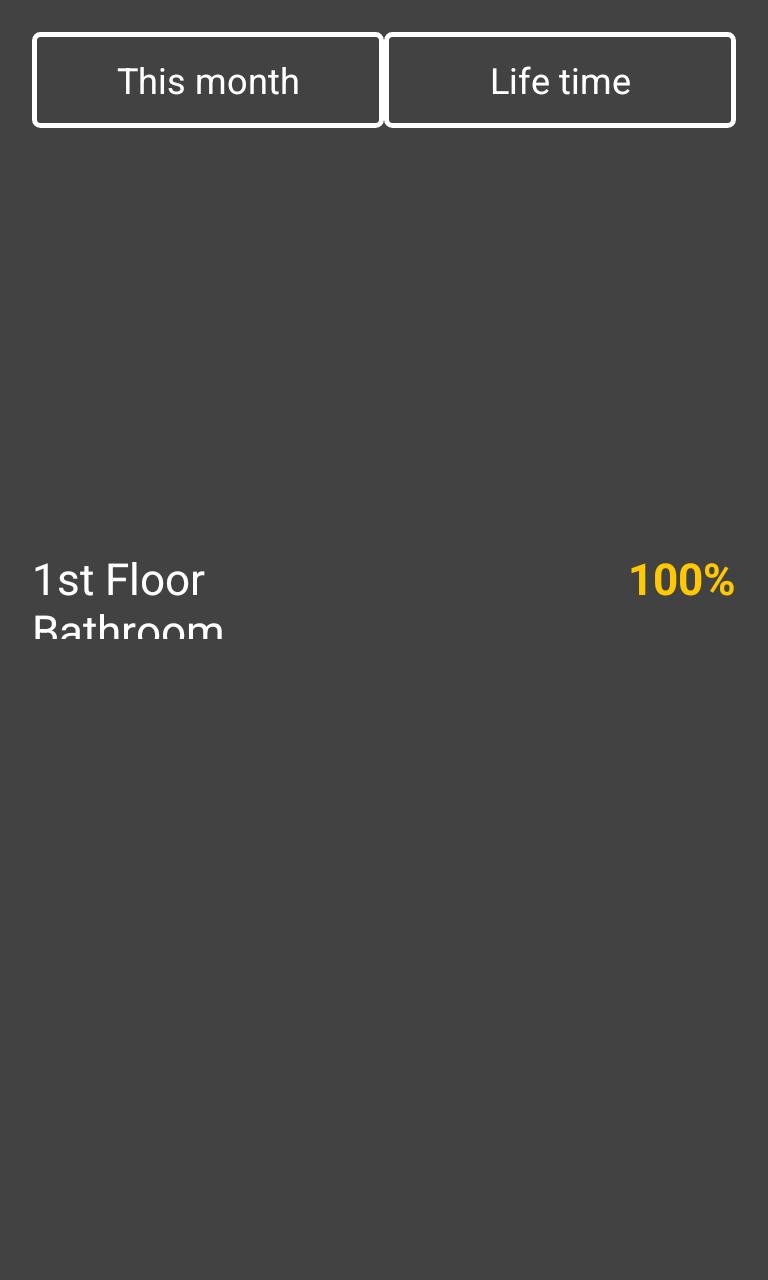
Repository: prabushitha/hydrosaver
Layout: hydrosaver/res/layout/activity_sections.xml
These files come from the project's save history. The layout is drawn as it stood at one moment and after the next save; the edit follows.
It is drawn on a 768 x 1280 px phone screen (xhdpi) without system bars, with theme AppTheme; the app's code is not run.

Above is the layout before, as saved 2016-10-08 16:47:33.

### hydrosaver/res/layout/activity_sections.xml
<RelativeLayout xmlns:android="http://schemas.android.com/apk/res/android"
    xmlns:tools="http://schemas.android.com/tools"
    android:layout_width="match_parent"
    android:layout_height="match_parent"
    android:paddingBottom="@dimen/activity_vertical_margin"
    android:paddingLeft="@dimen/activity_horizontal_margin"
    android:paddingRight="@dimen/activity_horizontal_margin"
    android:paddingTop="@dimen/activity_vertical_margin"
    tools:context="com.whileloop.hydrosaver.SectionsActivity"
    android:background="#424242"
    >

    <TableLayout
    android:layout_width="fill_parent"
    android:layout_height="fill_parent"
    android:stretchColumns="*">
	    <TableRow>
	       <Button android:id="@+id/thismonth"
	                android:layout_width="0dp"
	                android:layout_weight="1"
	                android:layout_height="wrap_content"
	                android:background="@drawable/section_button"
	                android:textColor="#FFFFFF"
	                android:text="This month"/>
	        <Button android:id="@+id/lifetime"
	                 android:layout_width="0dp"
	                 android:layout_weight="1"
	                android:layout_height="wrap_content"
	              	android:textColor="#FFFFFF"
	                android:background="@drawable/section_button"
	                android:text="Life time"/>



	    </TableRow>
	    <TableRow
	        >
	        <TextView android:layout_width="fill_parent"
	                 android:layout_height="wrap_content"
	                android:textColor="#372c24"
	                android:minHeight="200dp"
	          		android:textSize="18sp"

	               />
	    </TableRow>
	    <TableRow>

	        <TextView
		        android:layout_width="0dp"
		        android:layout_height="wrap_content"
		        android:textAppearance="?android:attr/textAppearanceLarge"
		        android:text="1st Floor Bathroom"
		        android:textColor="#ffffff"
		        android:id="@+id/txtName"
		        android:minHeight="100px"
		        android:singleLine="false"
		        android:layout_weight="8"
		        android:ellipsize="end" />

		    <TextView
		        android:layout_width="wrap_content"
		        android:layout_height="wrap_content"
		        android:textAppearance="?android:attr/textAppearanceLarge"
		        android:text="100%"
		        android:textColor="#ffc800"
		        android:id="@+id/txtPrecentage"
		        android:minHeight="100px"
		        android:singleLine="false"
		        android:layout_weight="2"
		        android:textStyle="bold"
		        android:gravity="center_vertical|right" />

	    </TableRow>



	</TableLayout>

</RelativeLayout>

### hydrosaver/res/drawable-mdpi/section_button.xml
<?xml version="1.0" encoding="utf-8"?>
<shape xmlns:android="http://schemas.android.com/apk/res/android"
  android:shape="rectangle">

  <corners android:radius="3dp" />
  <stroke android:width="5px" android:color="#FFFFFF" />
</shape>

Loaded but not shown: hydrosaver/res/values/styles.xml (common file); hydrosaver/res/values-v11/styles.xml (common file); hydrosaver/res/values-v14/styles.xml (common file); hydrosaver/res/values/dimens.xml (common file); hydrosaver/res/values-w820dp/dimens.xml (common file)

After the next save:
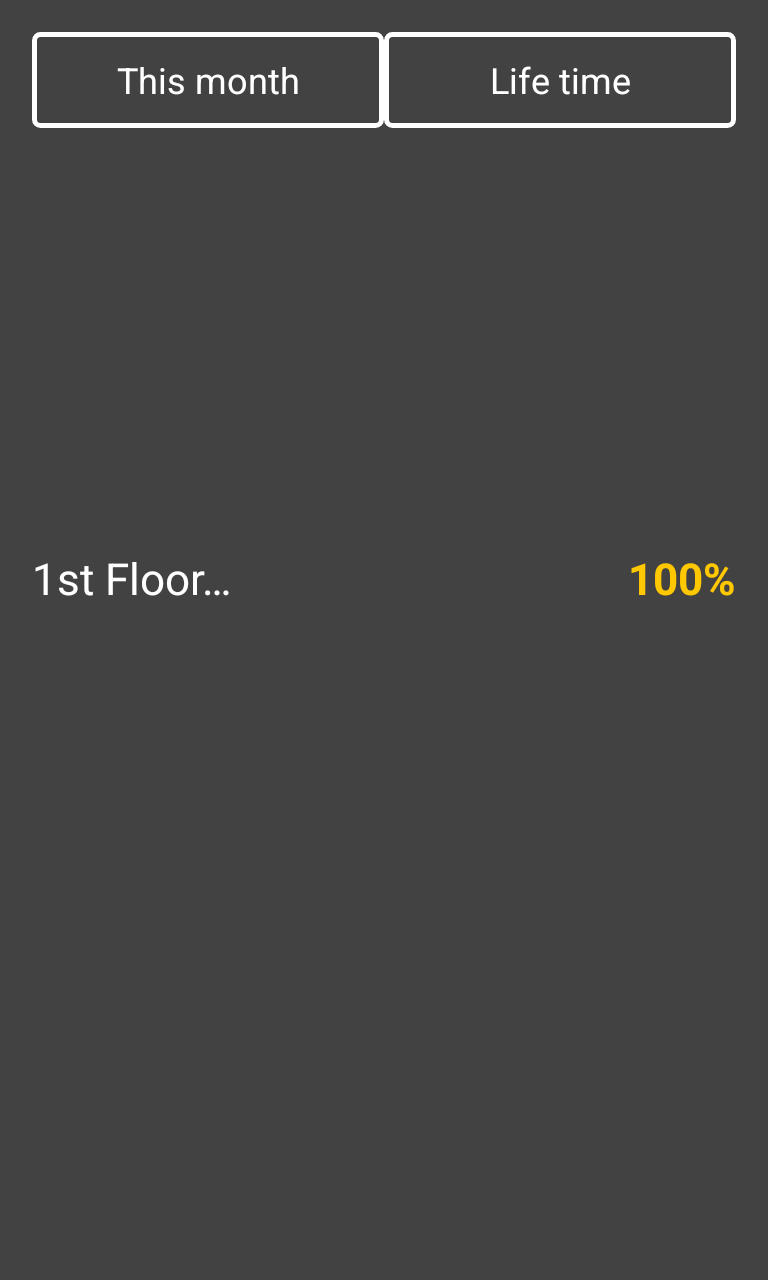
Saved 37 s later.
--- a/hydrosaver/res/layout/activity_sections.xml
+++ b/hydrosaver/res/layout/activity_sections.xml
@@ -53,7 +53,7 @@
 		        android:textColor="#ffffff"
 		        android:id="@+id/txtName"
 		        android:minHeight="100px"
-		        android:singleLine="false"
+		        android:singleLine="true"
 		        android:layout_weight="8"
 		        android:ellipsize="end" />
 
